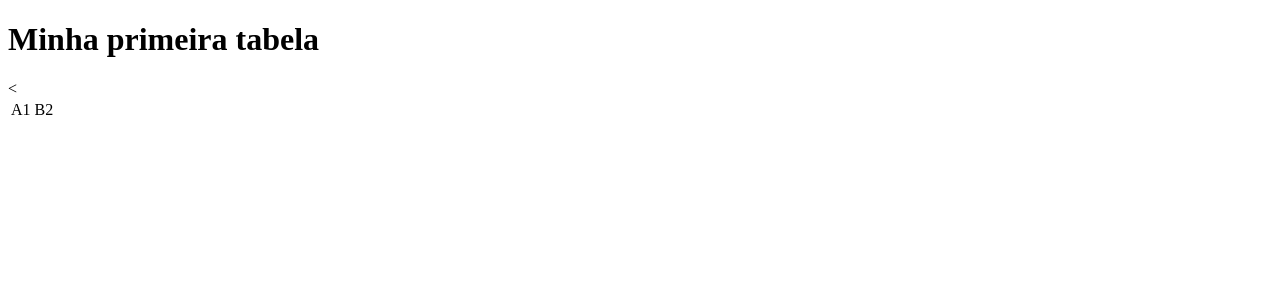
Repository: railsondev/html-css
Page: Módulo3/Exercicios/Ex02 - Tabelas/tabela001.html
The author's editor kept a copy of each file at every save. The page is drawn from the files as they stood at one save, then again after the next save.
The browser window is 1280 px wide. The pictures show the whole page.

Above is the page before, as saved 2024-10-17 21:36:04.

After the next save:
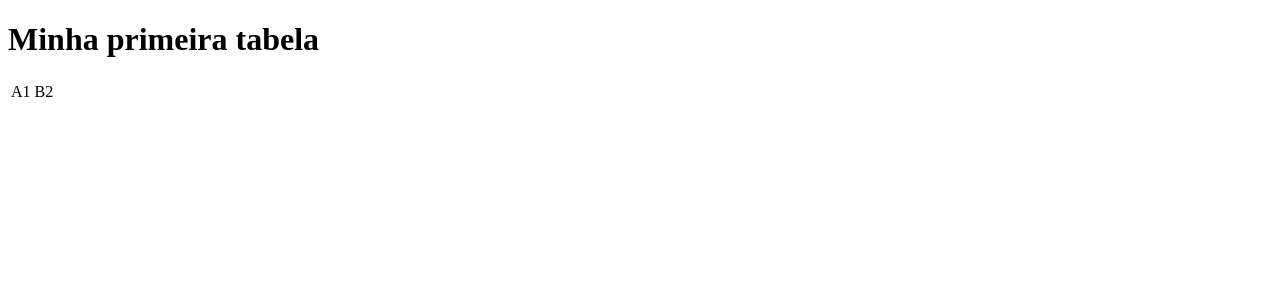
Saved 4 s later.
--- a/Módulo3/Exercicios/Ex02 - Tabelas/tabela001.html
+++ b/Módulo3/Exercicios/Ex02 - Tabelas/tabela001.html
@@ -12,8 +12,7 @@
       <tr>
         <td>A1</td>
         <td>B2</td>
-        <</TD>
-      </tr>
+              </tr>
     </table>
   </table>
 </body>
